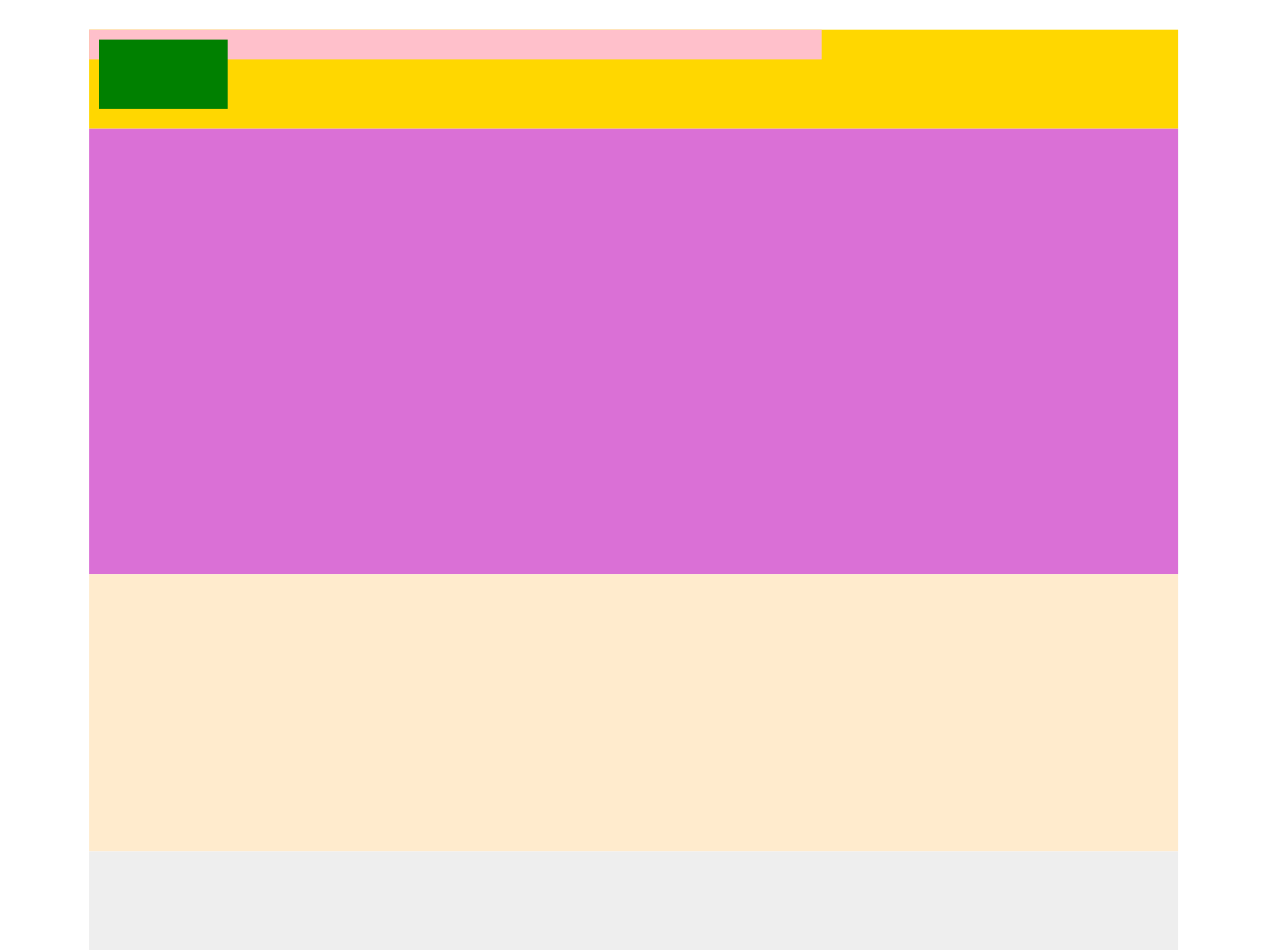
Repository: Hotmintchoco/SpringStudy
Page: HtmlTest/src/main/webapp/index4.html
The author's editor kept a copy of each file at every save. The page is drawn from the files as they stood at one save, then again after the next save.
The browser window is 1280 px wide. The pictures show the whole page, at 99% of full size.

Above is the page before, as saved 2022-05-03 07:56:04.

### HtmlTest/src/main/webapp/index4.html
<!DOCTYPE html>
<html>
<head>
<meta charset="EUC-KR">
<title>Index4</title>

<style>
	body {
		margin: 0; padding: 0; font-family: "맑은 고딕";
	}
	ul, ol, li { list-style: none; margin: 0; padding: 0; }

	header {
		width: 1100px; height: 100px; margin: 0 auto; background-color: gold;
	}

	#logo {
		width: 130px; height: 70px; background-color: green;
		margin: 10px 0 0 10px; float: left;
	}

	nav {
		width: 740px; height: 30px; background-color: pink;
		margin: 30px 30px 0 0; float: rigth;
	}

	#slider {
		width: 1100px; height: 450px; margin: 0 auto; background-color: #DA70D6;
	}

	section {
		width: 1100px; height: 280px; margin: 0 auto; background-color: #FFEBCD;
	}

	footer {
		width: 1100px; height: 100px; margin: 0 auto; background-color: #eee;
	}
</style>
</head>
<body>

	<header>
		<div id="logo"></div>
		<nav></nav>
	</header>

	<div id="slider"></div>

	<section></section>

	<footer></footer>

</body>
</html>

After the next save:
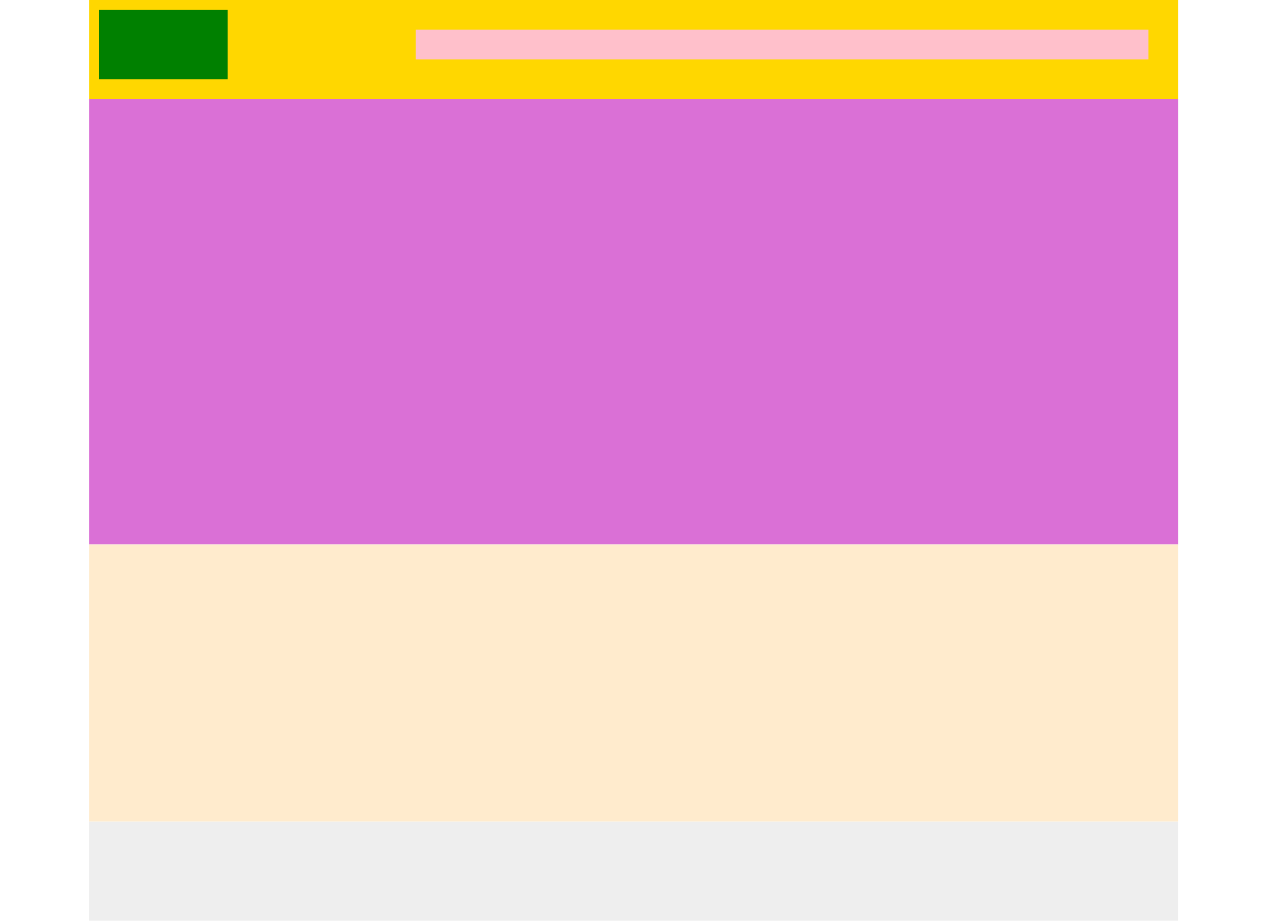
Saved 12 s later.
--- a/HtmlTest/src/main/webapp/index4.html
+++ b/HtmlTest/src/main/webapp/index4.html
@@ -21,7 +21,7 @@
 
 	nav {
 		width: 740px; height: 30px; background-color: pink;
-		margin: 30px 30px 0 0; float: rigth;
+		margin: 30px 30px 0 0; float: right;
 	}
 
 	#slider {
